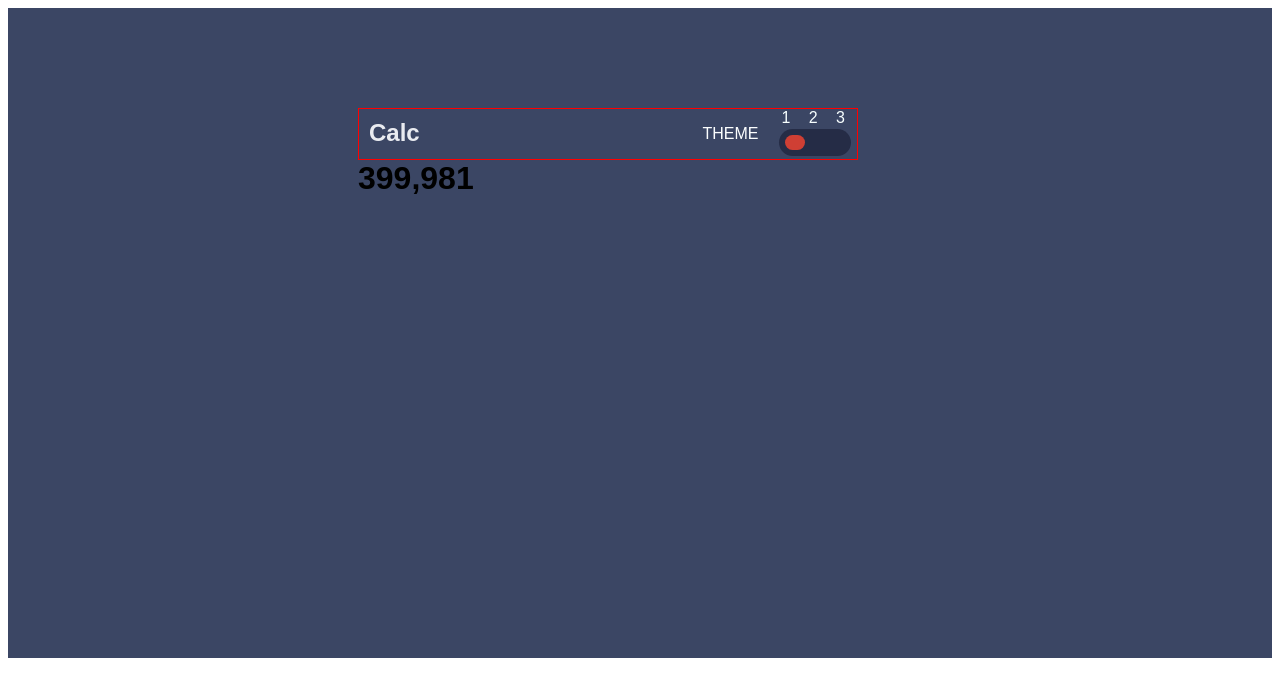
Repository: Bakyproit/Calcutor
Page: SimpleCalculatorApp.html
The author's editor kept a copy of each file at every save. The page is drawn from the files as they stood at one save, then again after the next save.
The browser window is 1280 px wide. The pictures show the whole page.

Above is the page before, as saved 2022-02-09 16:03:32.

### SimpleCalculatorApp.html
<!DOCTYPE html>
<html lang="en">
<head>
    <meta charset="UTF-8">
    <meta http-equiv="X-UA-Compatible" content="IE=edge">
    <meta name="viewport" content="width=device-width, initial-scale=1.0">
    <title>SimpleCalculatorApp</title>
    <link rel="stylesheet" href="asset/App.css">
    <link rel="stylesheet" href="asset/grid.css">
</head>
<body>
    <div class="container">
        <div class="app">
            <div class="app__title">
                <h1 class="app__title-name">Calc</h1>
                <div class="app__title-theme">
                    <p class="app__title-theme-name">THEME</p>
                    <div class="app__title-theme-box">
                        <div class="app__title-theme-box-number">
                            <span class="app__title-theme-box-number-1">1</span>
                            <span class="app__title-theme-box-number-2">2</span>
                            <span class="app__title-theme-box-number-3">3</span>
                        </div>
                        <div class="app__title-theme-box-toggle">
                            <label for="toggle-input" class="toggle">
                                <input type="checkbox" id="toggle-input" class="toggle__checkbox">
                                <div class="toggle__bar">
                                    <div class="toggle__spin"></div>
                                </div>
                            </label>
                        </div>
                    </div>
                </div>
            </div>

            <div class="app__content">
                <h1 class="app__content-number">399,981</h1>
            </div>
        </div>
    </div>
</body>
</html>

### asset/App.css
html{
    font-family:Arial, Helvetica, sans-serif ;
    box-sizing: border-box;
    padding: 0 ;
    margin: 0;
}
h1{
    margin: 0;
}

.container{
    height: 650px;
    width: 100%;
    background-color: #3b4664;
    position: relative;
}
.app{
    width: 500px;
    position:absolute ;
    top:100px ;
    left:350px;

}
.app__title{
    border:1px solid red ;
    display: flex;
    justify-content:space-between;

}
.app__title-name{
    color : #e9ebf0 ;
    font-size: 24px;
    padding: 10px;
}
.app__title-theme{
    display: flex;
}
.app__title-theme-name{
    color :20px ;
    color:#fcfeff ;
    margin-right: 16px;
}
.app__title-theme-box{
    display: flex;
    flex-direction: column;
    padding-right: 5px;
}
.app__title-theme-box-number{
    color : #f8ffff ;
}
.app__title-theme-box-number-1{
    padding: 0 7px;
}
.app__title-theme-box-number-2{
    padding: 0 7px;

}
.app__title-theme-box-number-3{
    padding: 0 7px;

}
.app__title-theme-box-toggle{
    padding-top: 2px;
    padding-left: 5px;
}
.toggle__checkbox{
    display: none;
}
.toggle__bar{
    width: 60px;
    height: 15px;
    background-color: #252c46;
    border-radius: 5rem;
    /* transition: background-color 4s linear; */
    padding: 6px;
}
.toggle__spin{
    width: 20px;
    height: 15px;
    background-color: #cf3f34;
    border-radius: 3rem;
    transition: transform .3s linear;
}
.toggle__checkbox:checked ~ .toggle__bar{
    background-color: #a2aac6;
}
.toggle__checkbox:checked + .toggle__bar .toggle__spin {
    transform: translateX(2.5rem);
}


.app__content{
    background-color: ;
}
.app__content-number{

}

### asset/grid.css
.grid {
    width: 100%;
    display: block;
    padding: 0;

}

.grid.wide {
    max-width: 1200px;
    margin: 0 auto;
}

.row {
    display: flex;
    flex-wrap: wrap;
    margin-left: -4px;
    margin-right: -4px;
}

.row.no-gutters {
    margin-left: 0;
    margin-right: 0;
}

.col {
    padding-left: 4px;
    padding-right: 4px;
}

.row.no-gutters .col {
    padding-left: 0;
    padding-right: 0;
}

.c-0 {
    display: none;
}

.c-1 {
    flex: 0 0 8.33333%;
    max-width: 8.33333%;
}

.c-2 {
    flex: 0 0 16.66667%;
    max-width: 16.66667%;
}

.c-3 {
    flex: 0 0 25%;
    max-width: 25%;
}

.c-4 {
    flex: 0 0 33.33333%;
    max-width: 33.33333%;
}

.c-5 {
    flex: 0 0 41.66667%;
    max-width: 41.66667%;
}

.c-6 {
    flex: 0 0 50%;
    max-width: 50%;
}

.c-7 {
    flex: 0 0 58.33333%;
    max-width: 58.33333%;
}

.c-8 {
    flex: 0 0 66.66667%;
    max-width: 66.66667%;
}

.c-9 {
    flex: 0 0 75%;
    max-width: 75%;
}

.c-10 {
    flex: 0 0 83.33333%;
    max-width: 83.33333%;
}

.c-11 {
    flex: 0 0 91.66667%;
    max-width: 91.66667%;
}

.c-12 {
    flex: 0 0 100%;
    max-width: 100%;
}

.c-o-1 {
    margin-left: 8.33333%;
}

.c-o-2 {
    margin-left: 16.66667%;
}

.c-o-3 {
    margin-left: 25%;
}

.c-o-4 {
    margin-left: 33.33333%;
}

.c-o-5 {
    margin-left: 41.66667%;
}

.c-o-6 {
    margin-left: 50%;
}

.c-o-7 {
    margin-left: 58.33333%;
}

.c-o-8 {
    margin-left: 66.66667%;
}

.c-o-9 {
    margin-left: 75%;
}

.c-o-10 {
    margin-left: 83.33333%;
}

.c-o-11 {
    margin-left: 91.66667%;
}

/* >= Tablet */
@media (min-width: 740px) {
    .row {
        margin-left: -8px;
        margin-right: -8px;
    }

    .col {
        padding-left: 8px;
        padding-right: 8px;
    }

    .m-0 {
        display: none;
    }

    .m-1,
    .m-2,
    .m-3,
    .m-4,
    .m-5,
    .m-6,
    .m-7,
    .m-8,
    .m-9,
    .m-10,
    .m-11,
    .m-12 {
        display: block;
    }

    .m-1 {
        flex: 0 0 8.33333%;
        max-width: 8.33333%;
    }

    .m-2 {
        flex: 0 0 16.66667%;
        max-width: 16.66667%;
    }

    .m-3 {
        flex: 0 0 25%;
        max-width: 25%;
    }

    .m-4 {
        flex: 0 0 33.33333%;
        max-width: 33.33333%;
    }

    .m-5 {
        flex: 0 0 41.66667%;
        max-width: 41.66667%;
    }

    .m-6 {
        flex: 0 0 50%;
        max-width: 50%;
    }

    .m-7 {
        flex: 0 0 58.33333%;
        max-width: 58.33333%;
    }

    .m-8 {
        flex: 0 0 66.66667%;
        max-width: 66.66667%;
    }

    .m-9 {
        flex: 0 0 75%;
        max-width: 75%;
    }

    .m-10 {
        flex: 0 0 83.33333%;
        max-width: 83.33333%;
    }

    .m-11 {
        flex: 0 0 91.66667%;
        max-width: 91.66667%;
    }

    .m-12 {
        flex: 0 0 100%;
        max-width: 100%;
    }

    .m-o-1 {
        margin-left: 8.33333%;
    }

    .m-o-2 {
        margin-left: 16.66667%;
    }

    .m-o-3 {
        margin-left: 25%;
    }

    .m-o-4 {
        margin-left: 33.33333%;
    }

    .m-o-5 {
        margin-left: 41.66667%;
    }

    .m-o-6 {
        margin-left: 50%;
    }

    .m-o-7 {
        margin-left: 58.33333%;
    }

    .m-o-8 {
        margin-left: 66.66667%;
    }

    .m-o-9 {
        margin-left: 75%;
    }

    .m-o-10 {
        margin-left: 83.33333%;
    }

    .m-o-11 {
        margin-left: 91.66667%;
    }
}

/* PC medium resolution > */
@media (min-width: 1113px) {
    .row {
        margin-left: -6px;
        margin-right: -6px;
    }

    .row.sm-gutter {
        margin-left: -5px;
        margin-right: -5px;
    }

    .col {
        padding-left: 6px;
        padding-right: 6px;
    }

    .row.sm-gutter .col {
        padding-left: 5px;
        padding-right: 5px;
    }

    .l-0 {
        display: none;
    }

    .l-1,
    .l-2,
    .l-2-4,
    .l-3,
    .l-4,
    .l-5,
    .l-6,
    .l-7,
    .l-8,
    .l-9,
    .l-10,
    .l-11,
    .l-12 {
        display: block;
    }

    .l-1 {
        flex: 0 0 8.33333%;
        max-width: 8.33333%;
    }

    .l-2 {
        flex: 0 0 16.66667%;
        max-width: 16.66667%;
    }

    .l-2-4 {
        flex: 0 0 20%;
        max-width: 20%;
    }

    .l-3 {
        flex: 0 0 25%;
        max-width: 25%;
    }

    .l-4 {
        flex: 0 0 33.33333%;
        max-width: 33.33333%;
    }

    .l-5 {
        flex: 0 0 41.66667%;
        max-width: 41.66667%;
    }

    .l-6 {
        flex: 0 0 50%;
        max-width: 50%;
    }

    .l-7 {
        flex: 0 0 58.33333%;
        max-width: 58.33333%;
    }

    .l-8 {
        flex: 0 0 66.66667%;
        max-width: 66.66667%;
    }

    .l-9 {
        flex: 0 0 75%;
        max-width: 75%;
    }

    .l-10 {
        flex: 0 0 83.33333%;
        max-width: 83.33333%;
    }

    .l-11 {
        flex: 0 0 91.66667%;
        max-width: 91.66667%;
    }

    .l-12 {
        flex: 0 0 100%;
        max-width: 100%;
    }

    .l-o-1 {
        margin-left: 8.33333%;
    }

    .l-o-2 {
        margin-left: 16.66667%;
    }

    .l-o-3 {
        margin-left: 25%;
    }

    .l-o-4 {
        margin-left: 33.33333%;
    }

    .l-o-5 {
        margin-left: 41.66667%;
    }

    .l-o-6 {
        margin-left: 50%;
    }

    .l-o-7 {
        margin-left: 58.33333%;
    }

    .l-o-8 {
        margin-left: 66.66667%;
    }

    .l-o-9 {
        margin-left: 75%;
    }

    .l-o-10 {
        margin-left: 83.33333%;
    }

    .l-o-11 {
        margin-left: 91.66667%;
    }
}

/* Tablet - PC low resolution */
@media (min-width: 740px) and (max-width: 1023px) {
    .wide {
        width: 644px;
    }
}

/* > PC low resolution */
@media (min-width: 1024px) and (max-width: 1239px) {
    .wide {
        width: 984px;
    }

    .wide .row {
        margin-left: -12px;
        margin-right: -12px;
    }

    .wide .row.sm-gutter {
        margin-left: -5px;
        margin-right: -5px;
    }

    .wide .col {
        padding-left: 12px;
        padding-right: 12px;
    }

    .wide .row.sm-gutter .col {
        padding-left: 5px;
        padding-right: 5px;
    }

    .wide .l-0 {
        display: none;
    }

    .wide .l-1,
    .wide .l-2,
    .wide .l-2-4,
    .wide .l-3,
    .wide .l-4,
    .wide .l-5,
    .wide .l-6,
    .wide .l-7,
    .wide .l-8,
    .wide .l-9,
    .wide .l-10,
    .wide .l-11,
    .wide .l-12 {
        display: block;
    }

    .wide .l-1 {
        flex: 0 0 8.33333%;
        max-width: 8.33333%;
    }

    .wide .l-2 {
        flex: 0 0 16.66667%;
        max-width: 16.66667%;
    }

    .wide .l-2-4 {
        flex: 0 0 20%;
        max-width: 20%;
    }

    .wide .l-3 {
        flex: 0 0 25%;
        max-width: 25%;
    }

    .wide .l-4 {
        flex: 0 0 33.33333%;
        max-width: 33.33333%;
    }

    .wide .l-5 {
        flex: 0 0 41.66667%;
        max-width: 41.66667%;
    }

    .wide .l-6 {
        flex: 0 0 50%;
        max-width: 50%;
    }

    .wide .l-7 {
        flex: 0 0 58.33333%;
        max-width: 58.33333%;
    }

    .wide .l-8 {
        flex: 0 0 66.66667%;
        max-width: 66.66667%;
    }

    .wide .l-9 {
        flex: 0 0 75%;
        max-width: 75%;
    }

    .wide .l-10 {
        flex: 0 0 83.33333%;
        max-width: 83.33333%;
    }

    .wide .l-11 {
        flex: 0 0 91.66667%;
        max-width: 91.66667%;
    }

    .wide .l-12 {
        flex: 0 0 100%;
        max-width: 100%;
    }

    .wide .l-o-1 {
        margin-left: 8.33333%;
    }

    .wide .l-o-2 {
        margin-left: 16.66667%;
    }

    .wide .l-o-3 {
        margin-left: 25%;
    }

    .wide .l-o-4 {
        margin-left: 33.33333%;
    }

    .wide .l-o-5 {
        margin-left: 41.66667%;
    }

    .wide .l-o-6 {
        margin-left: 50%;
    }

    .wide .l-o-7 {
        margin-left: 58.33333%;
    }

    .wide .l-o-8 {
        margin-left: 66.66667%;
    }

    .wide .l-o-9 {
        margin-left: 75%;
    }

    .wide .l-o-10 {
        margin-left: 83.33333%;
    }

    .wide .l-o-11 {
        margin-left: 91.66667%;
    }
}

After the next save:
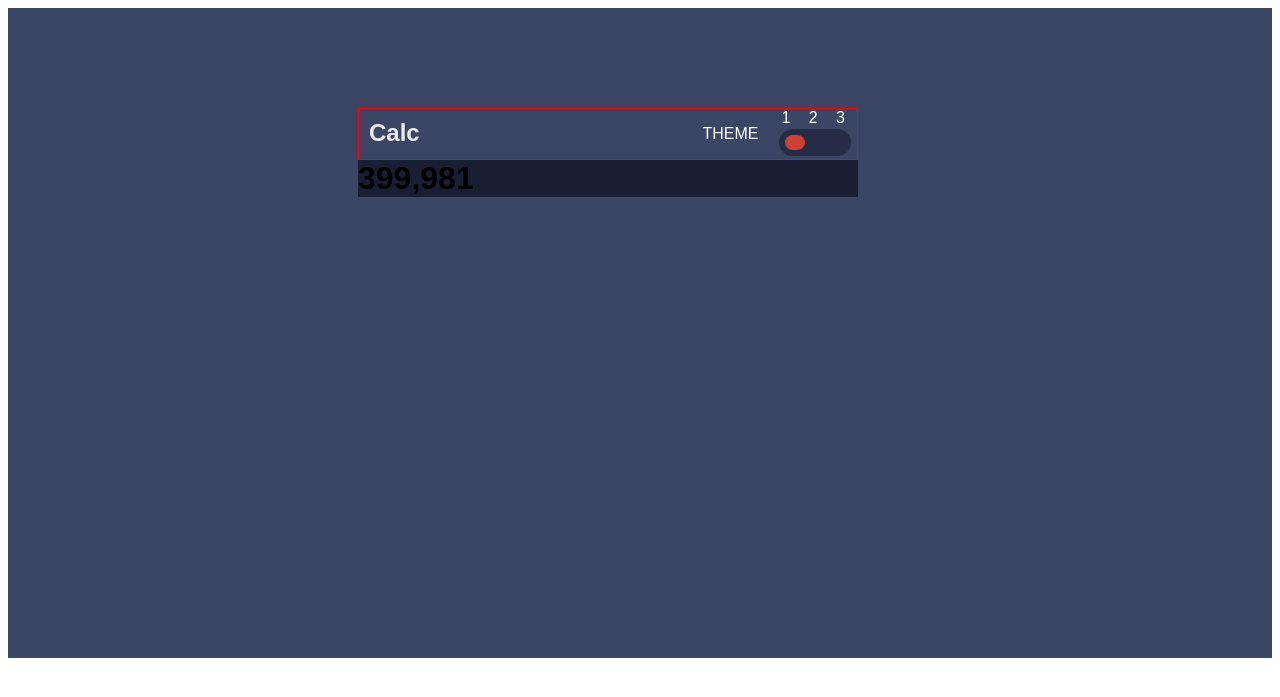
Saved 13 s later.
--- a/asset/App.css
+++ b/asset/App.css
@@ -90,7 +90,7 @@ h1{
 
 
 .app__content{
-    background-color: ;
+    background-color: #181f32;
 }
 .app__content-number{
 
